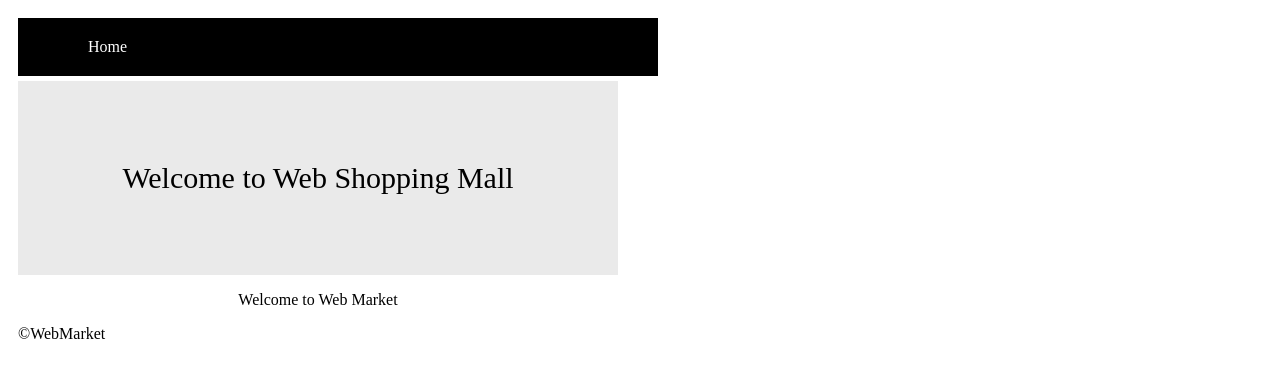
Repository: JuHyeon-S/21-1-Web-Back-end_Programming
Page: http://localhost/week07_20185135/work05_20185135.jsp
These files come from the project's save history. The page is drawn as it stood at one moment and after the next save; the edit follows.
The browser window is 1280 px wide. The pictures show the whole page.
The page is served by Tomcat 9.

Above is the page before, as saved 2021-04-15 03:21:47.

After the next save:
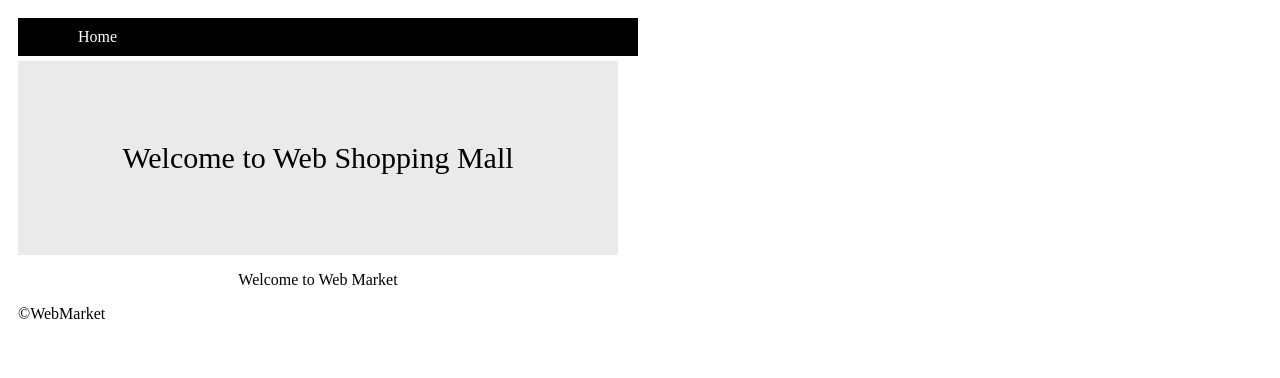
Saved 15 s later.
--- a/week07/week07_20185135/src/main/webapp/work05_20185135_css.css
+++ b/week07/week07_20185135/src/main/webapp/work05_20185135_css.css
@@ -9,7 +9,7 @@ body {
 	width: 100%;
 	heigth: 30px;
 	background-color: black;
-	padding: 20px;
+	padding: 10px;
 	margin-bottom: 5px;
 }
 
